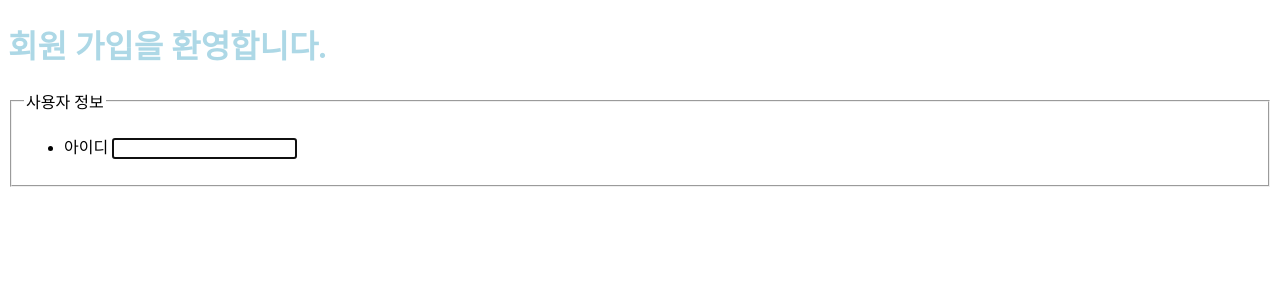
Repository: Kebiskim/2023_WebStudy
Page: 01_css/src/main/webapp/day01/Ex05_Signup2.html
The author's editor kept a copy of each file at every save. The page is drawn from the files as they stood at one save, then again after the next save.
The browser window is 1280 px wide. The pictures show the whole page.

Above is the page before, as saved 2023-06-22 05:31:59.

### 01_css/src/main/webapp/day01/Ex05_Signup2.html
<!DOCTYPE html>
<html>
<head>
<meta charset="UTF-8">
<title>Signup</title>
<style>
	h1{
		color:lightblue;
	}
	.same-align{
		line-height:30px;
	}
</style>
</head>
<body>
	<h1>회원 가입을 환영합니다.</h1>
	<form>
		<fieldset>
			<legend>사용자 정보</legend>
			<ul>
				<li>
					<label for="uid">아이디</label>
					<input type="text" id="uid" name="id" required autofocus>
				</li>


			</ul>
		</fieldset>

	</form>
</body>
</html>

After the next save:
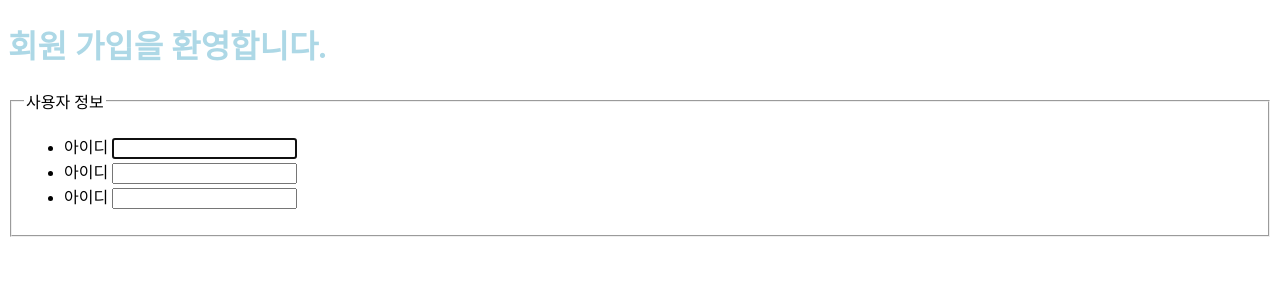
Saved 6 s later.
--- a/01_css/src/main/webapp/day01/Ex05_Signup2.html
+++ b/01_css/src/main/webapp/day01/Ex05_Signup2.html
@@ -22,6 +22,14 @@
 					<label for="uid">아이디</label>
 					<input type="text" id="uid" name="id" required autofocus>
 				</li>
+				<li>
+					<label for="uid">아이디</label>
+					<input type="text" id="uid" name="id" required autofocus>
+				</li>
+				<li>
+					<label for="uid">아이디</label>
+					<input type="text" id="uid" name="id" required autofocus>
+				</li>
 
 
 			</ul>
